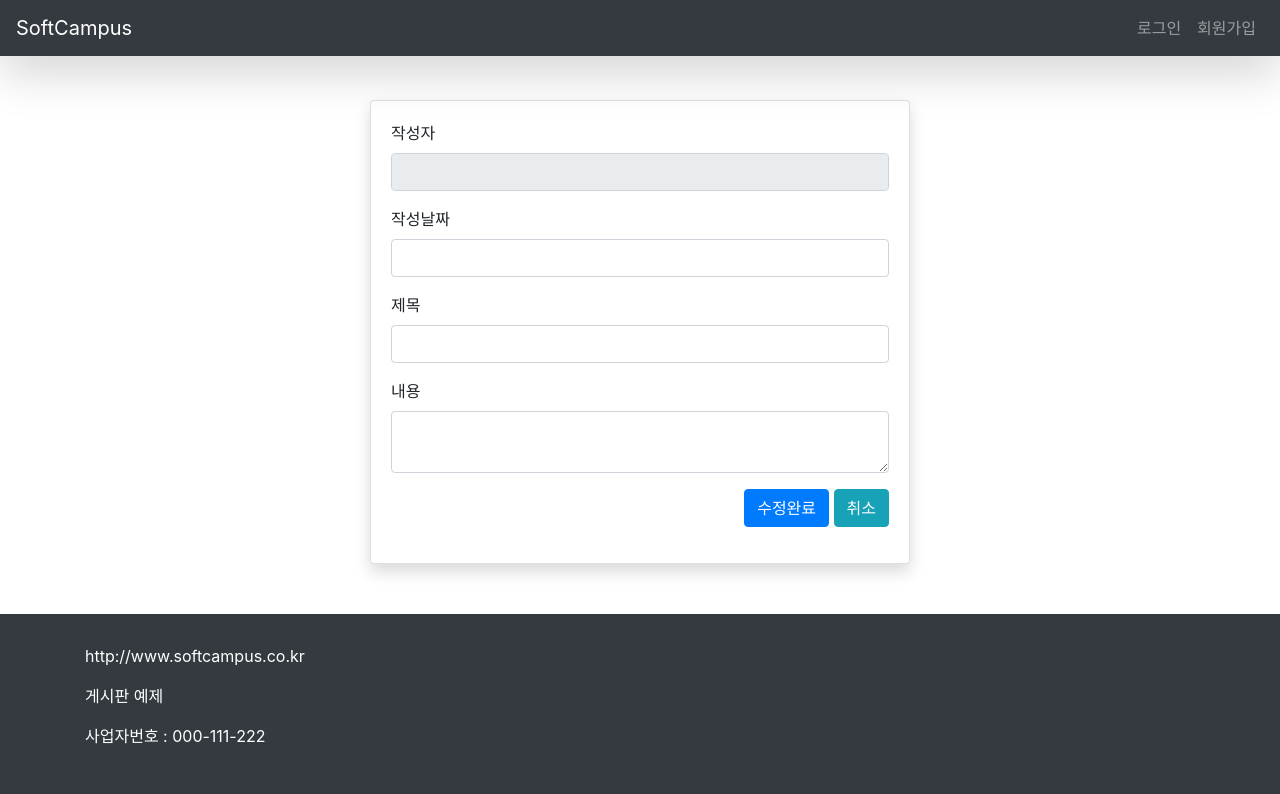
Repository: Wunhyeon/SpringMVC
Page: http://localhost/MiniProjectJava/WEB-INF/views/board/modify.jsp
The author's editor kept a copy of each file at every save. The page is drawn from the files as they stood at one save, then again after the next save.
The browser window is 1280 px wide. The pictures show the whole page.
The page is served by Tomcat 9. Nobody is signed in. Other server files are loaded and not shown. The template is opened directly, without the code that normally fills it, so the values that code supplies are empty.

Above is the page before, as saved 2020-09-08 23:25:42.

### MiniProjectJava/WebContent/WEB-INF/views/board/modify.jsp
<%@ page language="java" contentType="text/html; charset=UTF-8"
    pageEncoding="UTF-8"%>
<%@ taglib prefix="c" uri="http://java.sun.com/jsp/jstl/core" %>
<c:set var="root" value="${pageContext.request.contextPath }/"></c:set>
<%@ taglib prefix="form" uri="http://www.springframework.org/tags/form" %>
<!DOCTYPE html>
<html>
<head>
<meta charset="UTF-8">
<meta name="viewport" content="width=device-width, initial-scale=1">
<title>미니 프로젝트</title>
<!-- Bootstrap CDN -->
<link rel="stylesheet" href="https://maxcdn.bootstrapcdn.com/bootstrap/4.1.0/css/bootstrap.min.css">
<script src="https://ajax.googleapis.com/ajax/libs/jquery/3.3.1/jquery.min.js"></script>
<script src="https://cdnjs.cloudflare.com/ajax/libs/popper.js/1.14.0/umd/popper.min.js"></script>
<script src="https://maxcdn.bootstrapcdn.com/bootstrap/4.1.0/js/bootstrap.min.js"></script>
</head>
<body>

<c:import url="/WEB-INF/views/include/top_menu.jsp"></c:import>

<div class="container" style="margin-top:100px">
	<div class="row">
		<div class="col-sm-3"></div>
		<div class="col-sm-6">
			<div class="card shadow">
				<div class="card-body">
					<form:form action="${root }board/modify_pro" method="post" modelAttribute="modifyInfoBean" enctype="multipart/form-data">
						<div class="form-group">
							<form:label path="content_writer_name">작성자</form:label>
							<form:input path="content_writer_name" class="form-control" readonly="true"/>
						</div>
						<div class="form-group">
							<form:label path="content_date">작성날짜</form:label>
							<form:input path="content_date" class="form-control"/>
						</div>
						<div class="form-group">
							<form:label path="content_subject">제목</form:label>
							<form:input path="content_subject" class="form-control"/>
						</div>
						<div class="form-group">
							<form:label path="content_text">내용</form:label>
							<form:textarea path="content_text" class="form-control"/>
						</div>
						<c:if test="${modifyInfoBean.content_file != null }">
							<div class="form-group">
							<form:label path="content_file">첨부 이미지</form:label>
							<img src="${root }upload/${modifyInfoBean.content_file}" width="100%"/>
							<form:input type="file" path="upload_file" class="form-control" accept="image/*"/>
						</div>
						</c:if>

						<div class="form-group">
							<div class="text-right">
								<button type="submit" class="btn btn-primary">수정완료</button>
								<a href="${root }board/read?board_info_idx=${modifyInfoBean.content_board_idx}&content_idx=${content_idx}" class="btn btn-info">취소</a>
							</div>
						</div>
					</form:form>
				</div>
			</div>
		</div>
		<div class="col-sm-3"></div>
	</div>
</div>

<c:import url="/WEB-INF/views/include/bottom_info.jsp"></c:import>

</body>
</html>

### MiniProjectJava/WebContent/WEB-INF/views/include/top_menu.jsp
<%@ page language="java" contentType="text/html; charset=UTF-8"
	pageEncoding="UTF-8"%>
<%@ taglib prefix="c" uri="http://java.sun.com/jsp/jstl/core"%>
<%-- <c:url var='root' value='/'></c:url> --%>
<c:set var="root" value="${pageContext.request.contextPath }/"></c:set>

<!-- 상단 메뉴 부분 -->
<nav
	class="navbar navbar-expand-md bg-dark navbar-dark fixed-top shadow-lg">
	<a class="navbar-brand" href="${root }main">SoftCampus</a>
	<button class="navbar-toggler" type="button" data-toggle="collapse"
		data-target="#navMenu">
		<span class="navbar-toggler-icon"></span>
	</button>
	<div class="collapse navbar-collapse" id="navMenu">
		<ul class="navbar-nav">
			<c:forEach var="obj" items="${topMenuList }">
				<a href="${root }board/main?board_info_idx=${obj.board_info_idx}"
					class="nav-link">${obj.board_info_name }</a>
			</c:forEach>


		</ul>

		<ul class="navbar-nav ml-auto">
			<c:choose>
				<c:when test="${loginUserBean.userLogin == true }">
					<li class="nav-item"><a href="${root }user/modify"
						class="nav-link">정보수정</a></li>
					<li class="nav-item"><a href="${root }user/logout"
						class="nav-link">로그아웃</a></li>
				</c:when>
				<c:otherwise>
					<li class="nav-item"><a href="${root }user/login"
						class="nav-link">로그인</a></li>
					<li class="nav-item"><a href="${root }user/join"
						class="nav-link">회원가입</a></li>
				</c:otherwise>
			</c:choose>


		</ul>
	</div>
</nav>

### MiniProjectJava/WebContent/WEB-INF/views/include/bottom_info.jsp
<%@ page language="java" contentType="text/html; charset=UTF-8"
    pageEncoding="UTF-8"%>
<div class="container-fluid bg-dark text-white" style="margin-top:50px;padding-top:30px;padding-bottom:30px">
	<div class="container">
		<p>http://www.softcampus.co.kr</p>
		<p>게시판 예제</p>
		<p>사업자번호 : 000-111-222</p>
	</div>
</div>

After the next save:
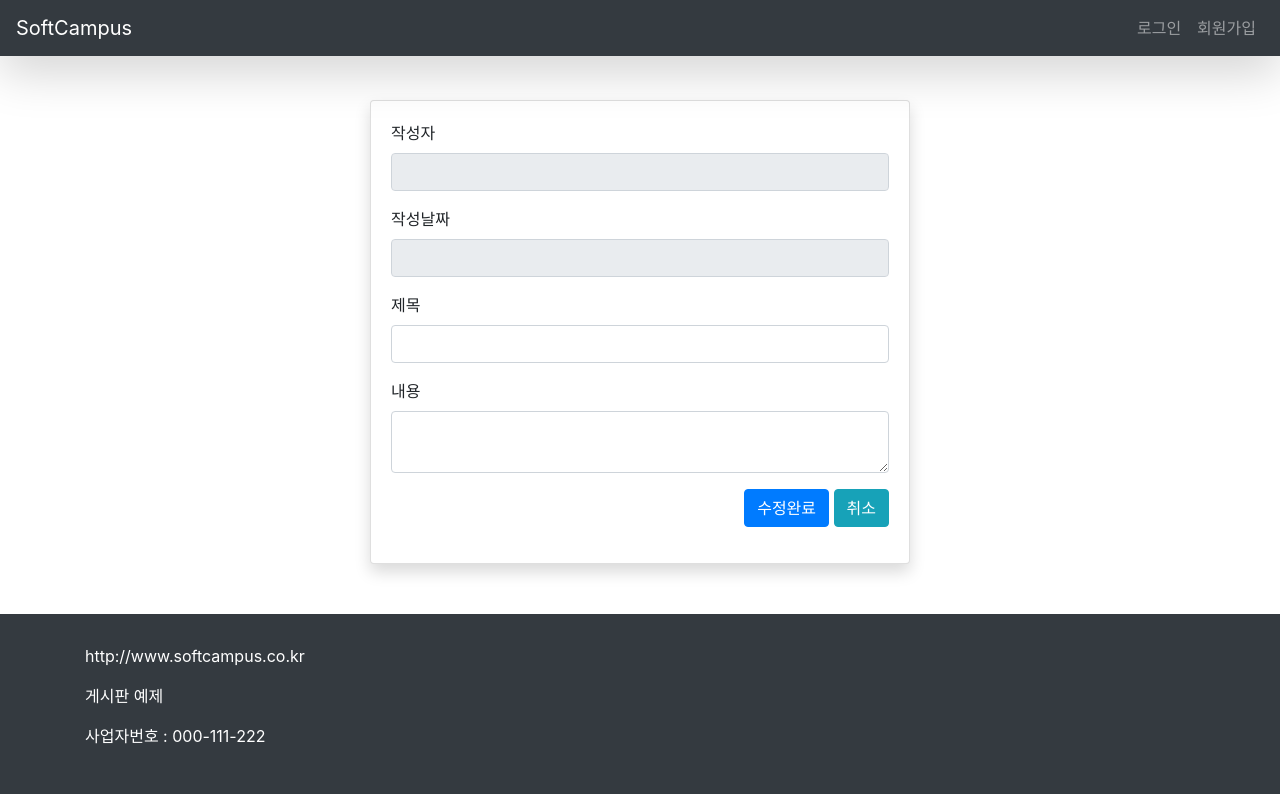
Saved 6 s later.
--- a/MiniProjectJava/WebContent/WEB-INF/views/board/modify.jsp
+++ b/MiniProjectJava/WebContent/WEB-INF/views/board/modify.jsp
@@ -32,7 +32,7 @@
 						</div>
 						<div class="form-group">
 							<form:label path="content_date">작성날짜</form:label>
-							<form:input path="content_date" class="form-control"/>
+							<form:input path="content_date" class="form-control" readonly="true"/>
 						</div>
 						<div class="form-group">
 							<form:label path="content_subject">제목</form:label>
